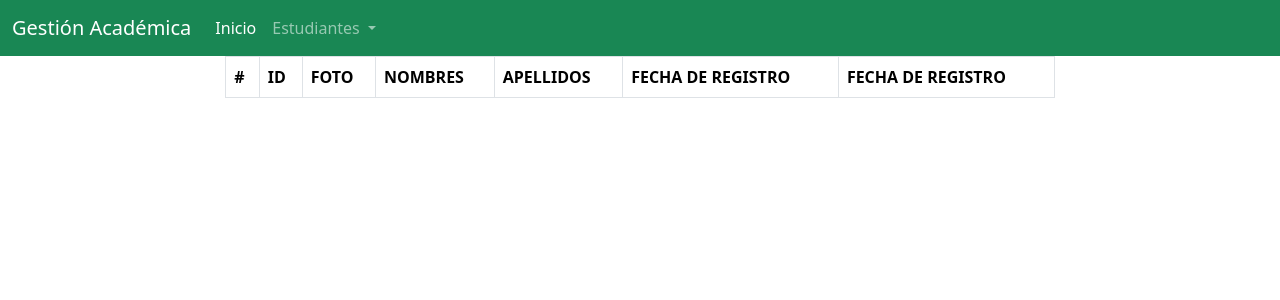
Repository: cesartomedes/frontacademico
Page: /
These files come from the project's save history. The page is drawn as it stood at one moment and after the next save; the edit follows.
The browser window is 1280 px wide. The pictures show the whole page.
The project was rebuilt for these pictures with package versions that can differ from the ones it lists, and the page was loaded fresh each time. Also part of the build but not shown: vue.config.js, src/components/HelloWorld.vue, src/views/EstudianteNew.vue, src/views/EstudianteEdit.vue, src/views/EstudianteView.vue.

Above is the page before, as saved 2023-10-24 15:44:29.

After the next save:
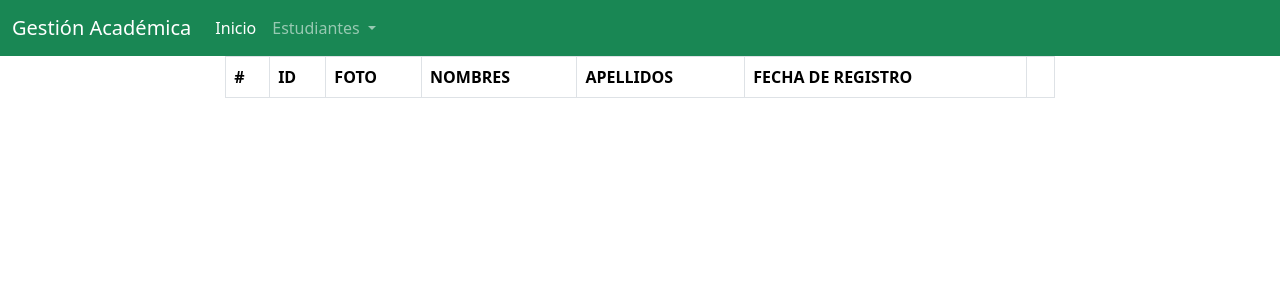
Saved 12 s later.
--- a/src/views/HomeView.vue
+++ b/src/views/HomeView.vue
@@ -11,7 +11,7 @@
                   <th>NOMBRES</th>
                   <th>APELLIDOS</th>
                   <th>FECHA DE REGISTRO</th>
-                  <th>FECHA DE REGISTRO</th>
+                  <th></th>
                 </tr>
               </thead>
             </table>
